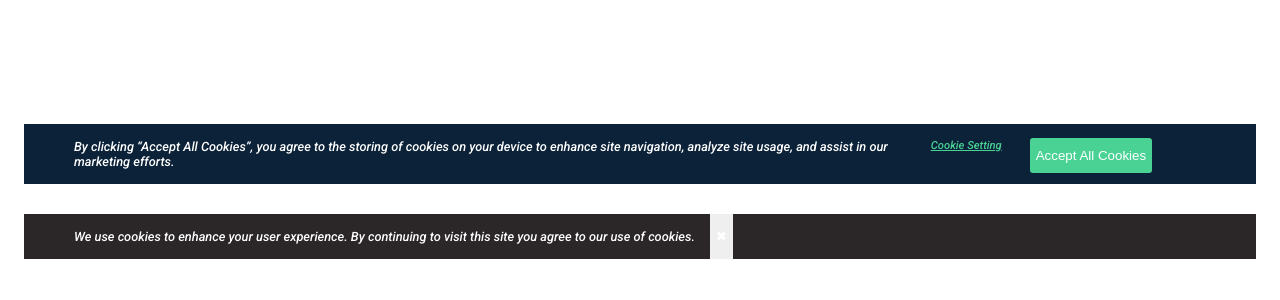
Repository: batonAnton/cursor_cookies_lectr3
Page: index.html
These files come from the project's save history. The page is drawn as it stood at one moment and after the next save; the edit follows.
The browser window is 1280 px wide. The pictures show the whole page.

Above is the page before, as saved 2022-06-01 11:57:22.

### index.html
<!DOCTYPE html>
<html lang="en">
<head>
    <meta charset="UTF-8">
    <meta http-equiv="X-UA-Compatible" content="IE=edge">
    <meta name="viewport" content="width=device-width, initial-scale=1.0">
    <link rel="preconnect" href="https://fonts.googleapis.com">
    <link rel="preconnect" href="https://fonts.gstatic.com" crossorigin>
    <link href="https://fonts.googleapis.com/css2?family=Roboto:ital,wght@1,500&display=swap" rel="stylesheet">
    <link rel="stylesheet" href="/css/style.css">
    <title>Cookie Banner</title>
</head>
<body>
    <div class="container">
        <div class="banner_1">
            <p>By clicking “Accept All Cookies”, you agree to the storing of cookies on your device to enhance site navigation, analyze site usage, and assist in our <br> marketing efforts.</p>
            <a href="#">cookie setting</a>
            <button>accept all cookies</button>
        </div>

        <div class="banner_2">
            <p>We use cookies to enhance your user experience. By continuing to visit this site you agree to our <span>use of cookies.</span></p>
            <button><span>&#10006</span></button>
        </div>

    </div>
</body>
</html>

### css/style.css
body {
  margin: 124px 24px;
  font-family: "Roboto", sans-serif;
}
p {
  font-size: 0.8rem;
}

.banner_1 {
  width: 100%;
  display: inline-flex;
  background-color: #0b2239;
}

.banner_1 p {
  color: #ffffff;
  margin: 15px 15px 15px 50px;
}

.banner_1 a {
  color: #4ad295;
  margin: 15px 28px;
  font-size: 0.7rem;
  text-transform: capitalize;
}

.banner_1 button {
  color: #ffffff;
  background-color: #4ad295;
  margin: 14px 50px 0px 0px;
  height: 35px;
  text-transform: capitalize;
  border-radius: 3px;
  border: none;
}

.banner_2 {
  width: 100%;
  margin-top: 30px;
  background-color: #2b2627;
  display: inline-flex;
}

.banner_2 p {
  color: #ffffff;
  margin: 15px 15px 15px 50px;
}

.banner_2 button {
  border: none;
  color: #ffffff;
}

After the next save:
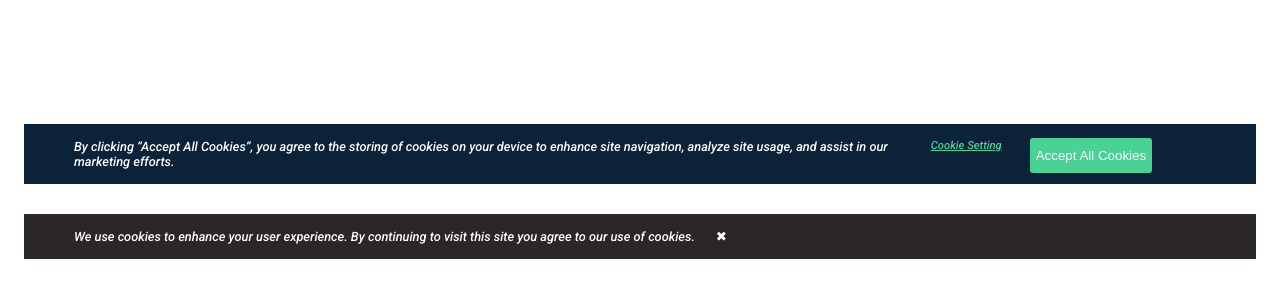
Saved 24 s later.
--- a/css/style.css
+++ b/css/style.css
@@ -49,4 +49,5 @@ p {
 .banner_2 button {
   border: none;
   color: #ffffff;
+  background-color: #2b2627;
 }
